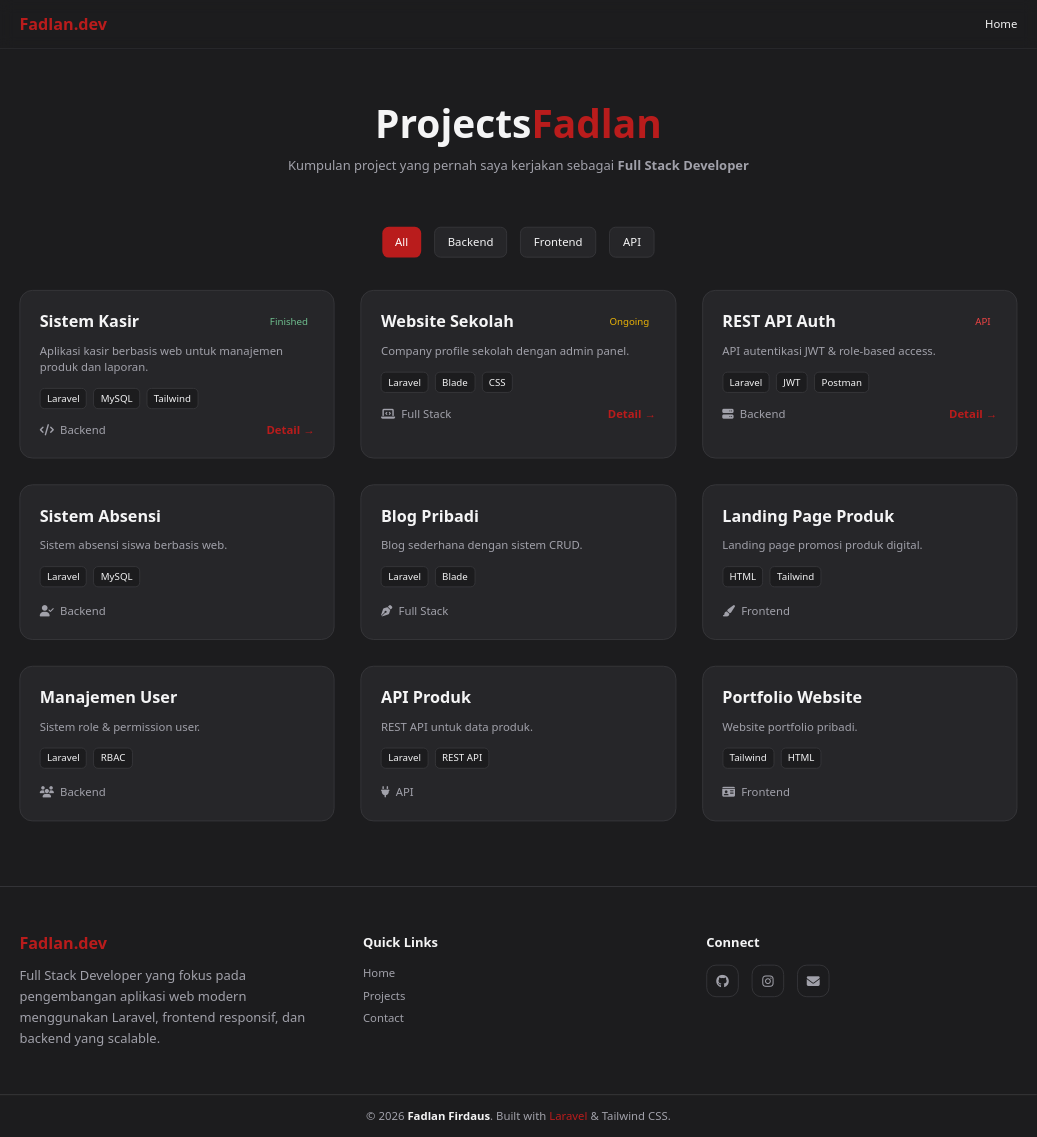
Repository: Fadlan079/Personal-Portfolio
Page: http://localhost/project
These files come from the project's save history. The page is drawn as it stood at one moment and after the next save; the edit follows.
The browser window is 1280 px wide. The pictures show the whole page, at 81% of full size.
Some web libraries are served in a nearby version. The page is served by the project's Laravel application, run on PHP 8.4 with Laravel 12. Other server files are loaded and not shown.

Above is the page before, as saved 2026-01-15 09:03:16.

### routes/web.php
<?php

use Illuminate\Support\Facades\Route;
use App\Http\Controllers\ProjectController;

// Route::get('/', function () {
//     return view('welcome');
// });

Route::get('/', function () {
    return view('portofolio');
});

// Route::get('/project', function () {
//     return view('project');
// });

Route::get('/project', [ProjectController::class, 'index']);

### app/Http/Controllers/ProjectController.php
<?php

namespace App\Http\Controllers;

use Illuminate\Http\Request;
use illuminate\view\project;

class ProjectController extends Controller
{
    public function index(){
     return view('project',
     [
        'nama' => 'Fadlan'
     ]);
    }
}

### resources/views/project.blade.php
<!DOCTYPE html>
<html lang="id">
<head>
  <meta charset="UTF-8" />
  <meta name="viewport" content="width=device-width, initial-scale=1.0" />
  <title>Projects | Fadlan</title>

  <!-- Tailwind -->
  <script src="https://cdn.tailwindcss.com"></script>

  <!-- Font Awesome -->
  <link rel="stylesheet" href="https://cdnjs.cloudflare.com/ajax/libs/font-awesome/6.5.1/css/all.min.css"/>

  <script>
    tailwind.config = {
      theme: {
        extend: {
          colors: {
            bg: 'var(--color-bg)',
            surface: 'var(--color-surface)',
            border: 'var(--color-border)',
            text: 'var(--color-text)',
            muted: 'var(--color-muted)',
            primary: 'var(--color-primary)',
            success: 'var(--color-success)',
            danger: 'var(--color-danger)',
            warning: 'var(--color-warning)',
          }
        }
      }
    }

  </script>

  <style>
    :root {
      --color-bg: #1c1c1e;
      --color-surface: #262629;
      --color-border: #3a3a3d;
      --color-text: #f4f4f5;
      --color-muted: #a1a1aa;
      --color-primary: #b91c1c;
      --color-success: #6fbf8f;
      --color-danger:  #ef4444;
      --color-warning: #eab308;
    }

    html {
      scroll-behavior: smooth;
    }
    .tag {
  padding: 0.25rem 0.5rem;
  background: var(--color-bg);
  border: 1px solid var(--color-border);
  border-radius: 0.375rem;
}

/* ===== Custom Scrollbar ===== */

/* Firefox */
* {
  scrollbar-width: thin;
  scrollbar-color: #ef4444 transparent; /* merah tailwind red-500 */
}

/* Chrome, Edge, Safari */
::-webkit-scrollbar {
  width: 10px;
}

::-webkit-scrollbar-track {
  background: transparent;
}

::-webkit-scrollbar-thumb {
  background: linear-gradient(
    180deg,
    #ef4444,
    #dc2626
  ); /* gradasi merah */
  border-radius: 999px;
  border: 2px solid transparent;
  background-clip: content-box;
}

::-webkit-scrollbar-thumb:hover {
  background: linear-gradient(
    180deg,
    #f87171,
    #ef4444
  );
}

  </style>
</head>

<body class="bg-bg text-text">

<!-- Navbar -->
<nav class="fixed w-full bg-bg/80 backdrop-blur border-b border-border z-50">
  <div class="max-w-7xl mx-auto px-6 py-4 flex justify-between items-center">
    <h1 class="text-xl font-bold text-primary">Fadlan.dev</h1>
    <ul class="flex gap-6 text-sm">
      <li class="relative group">
        <a href="/">Home</a>
        <span class="absolute left-0 -bottom-1 h-[2px] w-0 bg-primary transition-all group-hover:w-full"></span>
      </li>
    </ul>
  </div>
</nav>
<!-- Header -->
<header class="pt-32 pb-16 text-center">
  <h1 class="text-4xl md:text-5xl font-extrabold mb-4">
    Projects<span class="text-primary">{{$nama}}</span>
  </h1>
  <p class="text-muted max-w-2xl mx-auto">
    Kumpulan project yang pernah saya kerjakan sebagai
    <strong>Full Stack Developer</strong>
  </p>
</header>

<!-- Filter -->
<section class="pb-10">
  <div class="max-w-6xl mx-auto px-6 flex justify-center gap-4 flex-wrap">
    <button class="px-4 py-2 bg-primary text-white rounded-lg text-sm">All</button>
    <button class="px-4 py-2 bg-surface border border-border rounded-lg text-sm hover:text-primary">Backend</button>
    <button class="px-4 py-2 bg-surface border border-border rounded-lg text-sm hover:text-primary">Frontend</button>
    <button class="px-4 py-2 bg-surface border border-border rounded-lg text-sm hover:text-primary">API</button>
  </div>
</section>

<!-- Projects List -->
<section class="pb-20">
  <div class="max-w-7xl mx-auto px-6 grid md:grid-cols-3 gap-8">

    <!-- 1 -->
    <div class="bg-surface border border-border rounded-2xl p-6 hover:-translate-y-2 transition">
      <div class="flex justify-between items-center mb-3">
        <h3 class="text-xl font-semibold">Sistem Kasir</h3>
        <span class="text-xs px-2 py-1 rounded bg-success/20 text-success">Finished</span>
      </div>
      <p class="text-muted text-sm mb-4">
        Aplikasi kasir berbasis web untuk manajemen produk dan laporan.
      </p>
      <div class="flex flex-wrap gap-2 text-xs mb-4">
        <span class="tag">Laravel</span><span class="tag">MySQL</span><span class="tag">Tailwind</span>
      </div>
      <div class="flex justify-between text-sm">
        <span class="text-muted"><i class="fa-solid fa-code mr-1"></i> Backend</span>
        <a href="#" class="text-primary font-semibold hover:underline">Detail →</a>
      </div>
    </div>

    <!-- 2 -->
    <div class="bg-surface border border-border rounded-2xl p-6 hover:-translate-y-2 transition">
      <div class="flex justify-between items-center mb-3">
        <h3 class="text-xl font-semibold">Website Sekolah</h3>
        <span class="text-xs px-2 py-1 rounded bg-warning/20 text-warning">Ongoing</span>
      </div>
      <p class="text-muted text-sm mb-4">
        Company profile sekolah dengan admin panel.
      </p>
      <div class="flex flex-wrap gap-2 text-xs mb-4">
        <span class="tag">Laravel</span><span class="tag">Blade</span><span class="tag">CSS</span>
      </div>
      <div class="flex justify-between text-sm">
        <span class="text-muted"><i class="fa-solid fa-laptop-code mr-1"></i> Full Stack</span>
        <a href="#" class="text-primary font-semibold hover:underline">Detail →</a>
      </div>
    </div>

    <!-- 3 -->
    <div class="bg-surface border border-border rounded-2xl p-6 hover:-translate-y-2 transition">
      <div class="flex justify-between items-center mb-3">
        <h3 class="text-xl font-semibold">REST API Auth</h3>
        <span class="text-xs px-2 py-1 rounded bg-danger/20 text-danger">API</span>
      </div>
      <p class="text-muted text-sm mb-4">
        API autentikasi JWT & role-based access.
      </p>
      <div class="flex flex-wrap gap-2 text-xs mb-4">
        <span class="tag">Laravel</span><span class="tag">JWT</span><span class="tag">Postman</span>
      </div>
      <div class="flex justify-between text-sm">
        <span class="text-muted"><i class="fa-solid fa-server mr-1"></i> Backend</span>
        <a href="#" class="text-primary font-semibold hover:underline">Detail →</a>
      </div>
    </div>

    <!-- 4 -->
    <div class="bg-surface border border-border rounded-2xl p-6 hover:-translate-y-2 transition">
      <h3 class="text-xl font-semibold mb-3">Sistem Absensi</h3>
      <p class="text-muted text-sm mb-4">
        Sistem absensi siswa berbasis web.
      </p>
      <div class="flex flex-wrap gap-2 text-xs mb-4">
        <span class="tag">Laravel</span><span class="tag">MySQL</span>
      </div>
      <span class="text-muted text-sm"><i class="fa-solid fa-user-check mr-1"></i> Backend</span>
    </div>

    <!-- 5 -->
    <div class="bg-surface border border-border rounded-2xl p-6 hover:-translate-y-2 transition">
      <h3 class="text-xl font-semibold mb-3">Blog Pribadi</h3>
      <p class="text-muted text-sm mb-4">
        Blog sederhana dengan sistem CRUD.
      </p>
      <div class="flex flex-wrap gap-2 text-xs mb-4">
        <span class="tag">Laravel</span><span class="tag">Blade</span>
      </div>
      <span class="text-muted text-sm"><i class="fa-solid fa-pen-nib mr-1"></i> Full Stack</span>
    </div>

    <!-- 6 -->
    <div class="bg-surface border border-border rounded-2xl p-6 hover:-translate-y-2 transition">
      <h3 class="text-xl font-semibold mb-3">Landing Page Produk</h3>
      <p class="text-muted text-sm mb-4">
        Landing page promosi produk digital.
      </p>
      <div class="flex flex-wrap gap-2 text-xs mb-4">
        <span class="tag">HTML</span><span class="tag">Tailwind</span>
      </div>
      <span class="text-muted text-sm"><i class="fa-solid fa-paintbrush mr-1"></i> Frontend</span>
    </div>

    <!-- 7 -->
    <div class="bg-surface border border-border rounded-2xl p-6 hover:-translate-y-2 transition">
      <h3 class="text-xl font-semibold mb-3">Manajemen User</h3>
      <p class="text-muted text-sm mb-4">
        Sistem role & permission user.
      </p>
      <div class="flex flex-wrap gap-2 text-xs mb-4">
        <span class="tag">Laravel</span><span class="tag">RBAC</span>
      </div>
      <span class="text-muted text-sm"><i class="fa-solid fa-users mr-1"></i> Backend</span>
    </div>

    <!-- 8 -->
    <div class="bg-surface border border-border rounded-2xl p-6 hover:-translate-y-2 transition">
      <h3 class="text-xl font-semibold mb-3">API Produk</h3>
      <p class="text-muted text-sm mb-4">
        REST API untuk data produk.
      </p>
      <div class="flex flex-wrap gap-2 text-xs mb-4">
        <span class="tag">Laravel</span><span class="tag">REST API</span>
      </div>
      <span class="text-muted text-sm"><i class="fa-solid fa-plug mr-1"></i> API</span>
    </div>

    <!-- 9 -->
    <div class="bg-surface border border-border rounded-2xl p-6 hover:-translate-y-2 transition">
      <h3 class="text-xl font-semibold mb-3">Portfolio Website</h3>
      <p class="text-muted text-sm mb-4">
        Website portfolio pribadi.
      </p>
      <div class="flex flex-wrap gap-2 text-xs mb-4">
        <span class="tag">Tailwind</span><span class="tag">HTML</span>
      </div>
      <span class="text-muted text-sm"><i class="fa-solid fa-id-card mr-1"></i> Frontend</span>
    </div>

  </div>
</section>


<!-- Footer -->
<footer class="relative border-t border-border bg-bg">
  <!-- Glow -->
  <div class="absolute inset-0 -z-10">
    <div class="absolute bottom-0 left-1/2 -translate-x-1/2
                w-[400px] h-[400px]
                bg-primary/20 blur-[120px] rounded-full"></div>
  </div>

  <div class="max-w-7xl mx-auto px-6 py-14 grid gap-10 md:grid-cols-3">

    <!-- Brand -->
    <div>
      <h3 class="text-xl font-bold text-primary mb-3">Fadlan.dev</h3>
      <p class="text-muted leading-relaxed">
        Full Stack Developer yang fokus pada pengembangan
        aplikasi web modern menggunakan Laravel,
        frontend responsif, dan backend yang scalable.
      </p>
    </div>

    <!-- Quick Links -->
    <div>
      <h4 class="font-semibold mb-4 text-text">Quick Links</h4>
      <ul class="space-y-2 text-muted text-sm">
        <li>
          <a href="#home" class="hover:text-primary transition">Home</a>
        </li>
        <li>
          <a href="#projects" class="hover:text-primary transition">Projects</a>
        </li>
        <li>
          <a href="#contact" class="hover:text-primary transition">Contact</a>
        </li>
      </ul>
    </div>

    <!-- Social -->
    <div>
      <h4 class="font-semibold mb-4 text-text">Connect</h4>
      <div class="flex gap-4">
        <a href="https://github.com/Fadlan079" target="_blank"
           class="w-10 h-10 rounded-xl border border-border
                  flex items-center justify-center
                  text-muted hover:text-primary hover:border-primary
                  transition">
          <i class="fa-brands fa-github"></i>
        </a>
        <a href="https://instagram.com/fdln007" target="_blank"
           class="w-10 h-10 rounded-xl border border-border
                  flex items-center justify-center
                  text-muted hover:text-primary hover:border-primary
                  transition">
          <i class="fa-brands fa-instagram"></i>
        </a>
        <a href="mailto:fadlanfirdaus220@gmail.com"
           class="w-10 h-10 rounded-xl border border-border
                  flex items-center justify-center
                  text-muted hover:text-primary hover:border-primary
                  transition">
          <i class="fa-solid fa-envelope"></i>
        </a>
      </div>
    </div>

  </div>

  <!-- Bottom -->
  <div class="border-t border-border text-center py-4 text-muted text-sm">
    © 2026 <span class="text-text font-semibold">Fadlan Firdaus</span>.
    Built with <span class="text-primary">Laravel</span> & Tailwind CSS.
  </div>
</footer>
</body>
</html>

Loaded but not shown: app/Http/Controllers/Controller.php (common file)

After the next save:
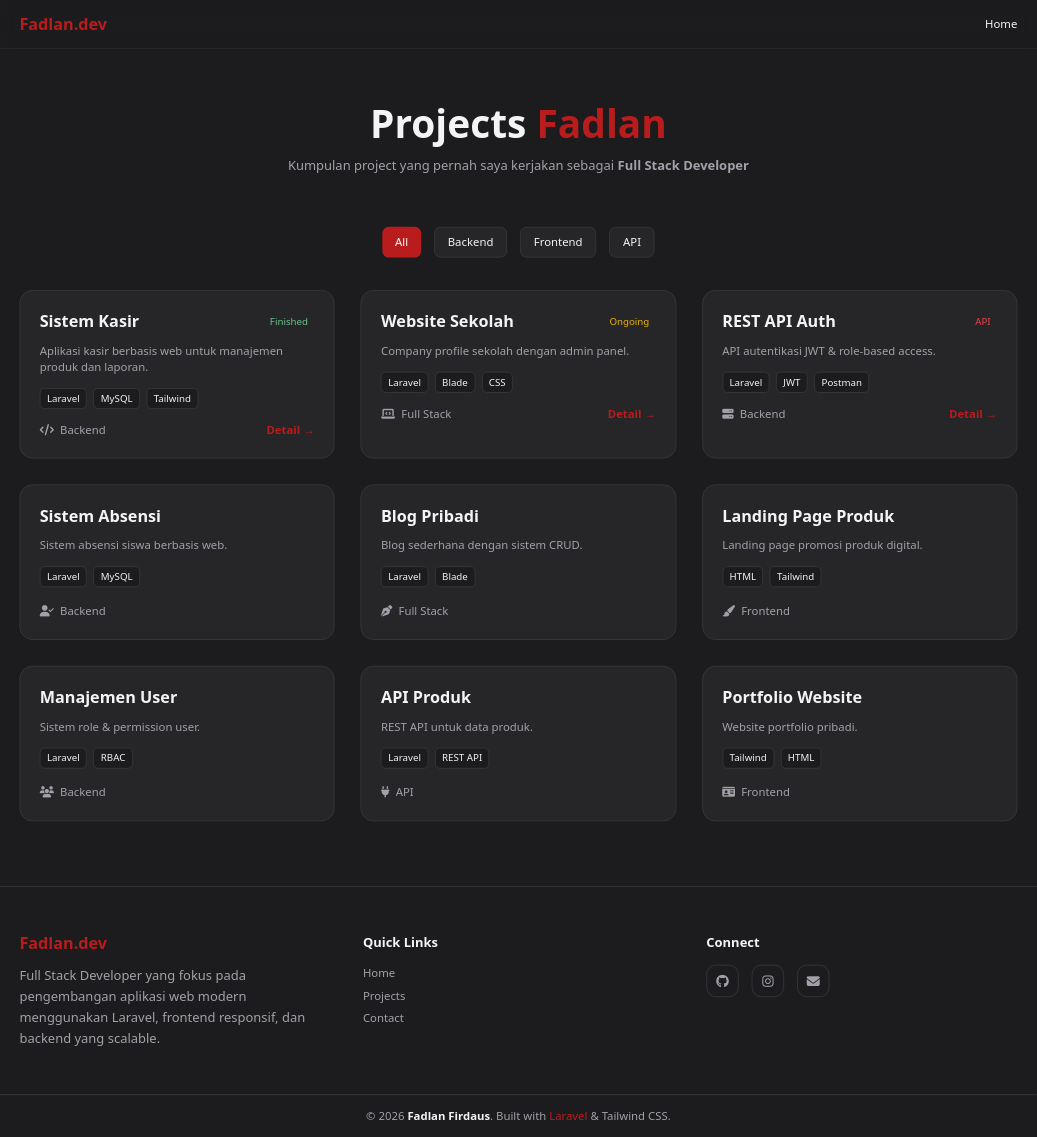
Saved 6 s later.
--- a/resources/views/project.blade.php
+++ b/resources/views/project.blade.php
@@ -111,7 +111,7 @@
 <!-- Header -->
 <header class="pt-32 pb-16 text-center">
   <h1 class="text-4xl md:text-5xl font-extrabold mb-4">
-    Projects<span class="text-primary">{{$nama}}</span>
+    Projects <span class="text-primary">{{$nama}}</span>
   </h1>
   <p class="text-muted max-w-2xl mx-auto">
     Kumpulan project yang pernah saya kerjakan sebagai
